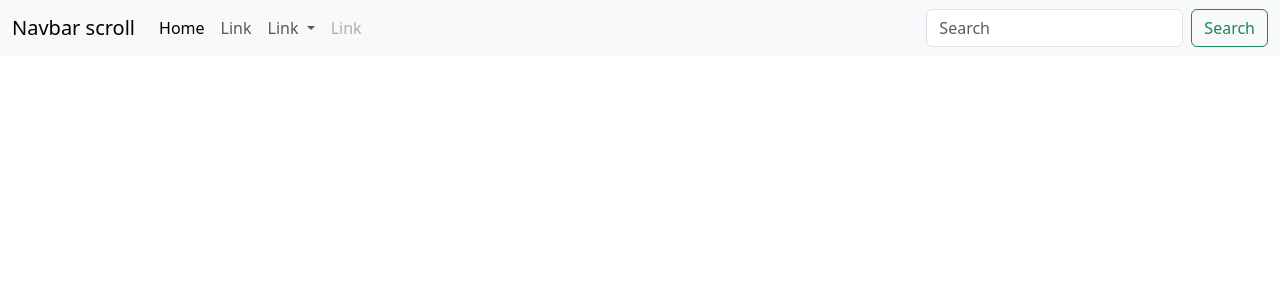
Repository: HaziimYassien/The-Discount-Empire
Page: index.html
The author's editor kept a copy of each file at every save. The page is drawn from the files as they stood at one save, then again after the next save.
The browser window is 1280 px wide. The pictures show the whole page.

Above is the page before, as saved 2024-01-24 17:10:19.

### index.html
<!DOCTYPE html>
<html lang="en">
  <head>
    <meta charset="UTF-8" />
    <meta name="viewport" content="width=device-width, initial-scale=1.0" />
    <link rel="stylesheet" href="/style.css" />
    <link rel="stylesheet" href="/css/bootstrap.css" />
    <title>Document</title>
  </head>
  <body>
    <!-- START _NavBar -->
    <nav class="navbar navbar-expand-lg navbar-light bg-light">
      <div class="container-fluid">
        <a class="navbar-brand" href="#">Navbar scroll</a>
        <button
          class="navbar-toggler"
          type="button"
          data-bs-toggle="collapse"
          data-bs-target="#navbarScroll"
          aria-controls="navbarScroll"
          aria-expanded="false"
          aria-label="Toggle navigation"
        >
          <span class="navbar-toggler-icon"></span>
        </button>
        <div class="collapse navbar-collapse" id="navbarScroll">
          <ul
            class="navbar-nav me-auto my-2 my-lg-0 navbar-nav-scroll"
            style="--bs-scroll-height: 100px"
          >
            <li class="nav-item">
              <a class="nav-link active" aria-current="page" href="#">Home</a>
            </li>
            <li class="nav-item">
              <a class="nav-link" href="#">Link</a>
            </li>
            <li class="nav-item dropdown">
              <a
                class="nav-link dropdown-toggle"
                href="#"
                id="navbarScrollingDropdown"
                role="button"
                data-bs-toggle="dropdown"
                aria-expanded="false"
              >
                Link
              </a>
              <ul
                class="dropdown-menu"
                aria-labelledby="navbarScrollingDropdown"
              >
                <li><a class="dropdown-item" href="#">Action</a></li>
                <li><a class="dropdown-item" href="#">Another action</a></li>
                <li><hr class="dropdown-divider" /></li>
                <li>
                  <a class="dropdown-item" href="#">Something else here</a>
                </li>
              </ul>
            </li>
            <li class="nav-item">
              <a
                class="nav-link disabled"
                href="#"
                tabindex="-1"
                aria-disabled="true"
                >Link</a
              >
            </li>
          </ul>
          <form class="d-flex">
            <input
              class="form-control me-2"
              type="search"
              placeholder="Search"
              aria-label="Search"
            />
            <button class="btn btn-outline-success" type="submit">
              Search
            </button>
          </form>
        </div>
      </div>
    </nav>
    <!-- END _NavBar -->

    <script src="/js/bootstrap.js"></script>
    <script src="/script.js"></script>
  </body>
</html>

Loaded but not shown: css/bootstrap.css (library); js/bootstrap.js (library); style.css (no stored copy; drawn as an empty file); script.js (no stored copy; drawn as an empty file)

After the next save:
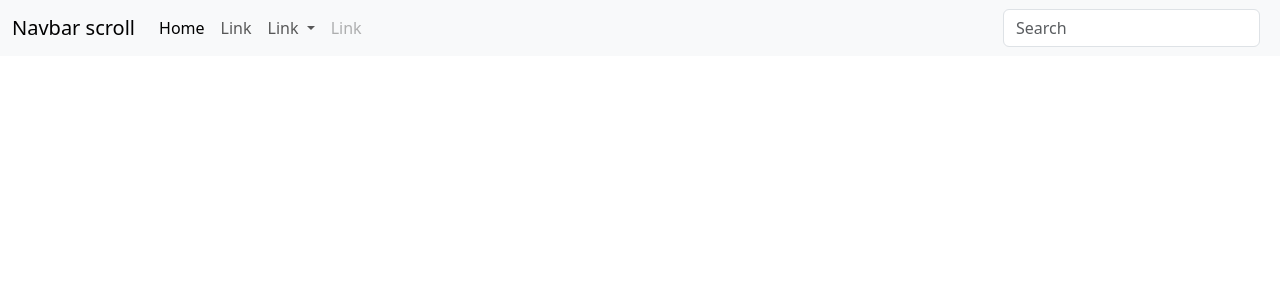
Saved 30 s later.
--- a/index.html
+++ b/index.html
@@ -74,9 +74,6 @@
               placeholder="Search"
               aria-label="Search"
             />
-            <button class="btn btn-outline-success" type="submit">
-              Search
-            </button>
           </form>
         </div>
       </div>
